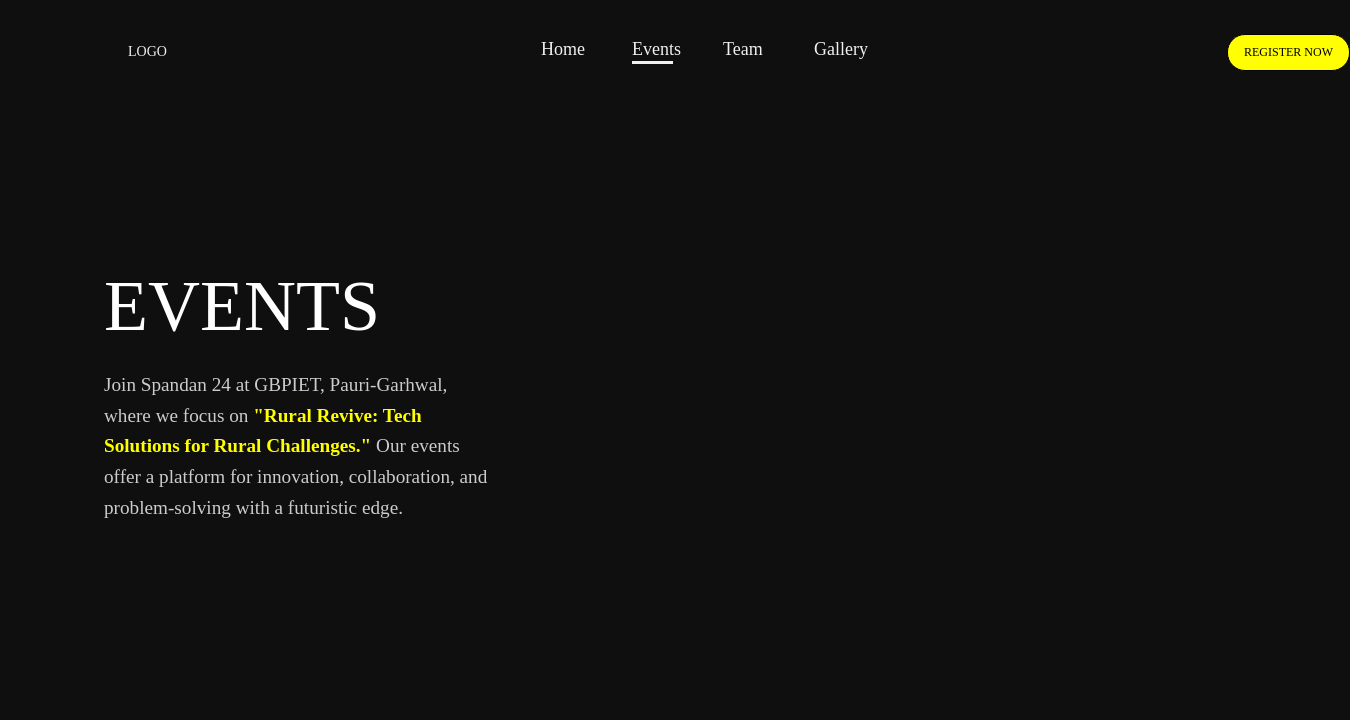
Repository: s4bbi/spandan-3.0
Page: /
An editor plug-in stored every save of this project. The page is shown before and after the next save, followed by the edit.
The browser window is 1280 px wide. The page is 1350 px wide, so the pictures cover 1350 px, including what lies to the right of the window. The pictures show the whole page.
The project was rebuilt for these pictures with package versions that can differ from the ones it lists, and the page was loaded fresh each time. Also part of the build but not shown: vite.config.js, src/pages/Events/Events.jsx.

Above is the page before, as saved 2024-11-02 02:31:56.

After the next save:
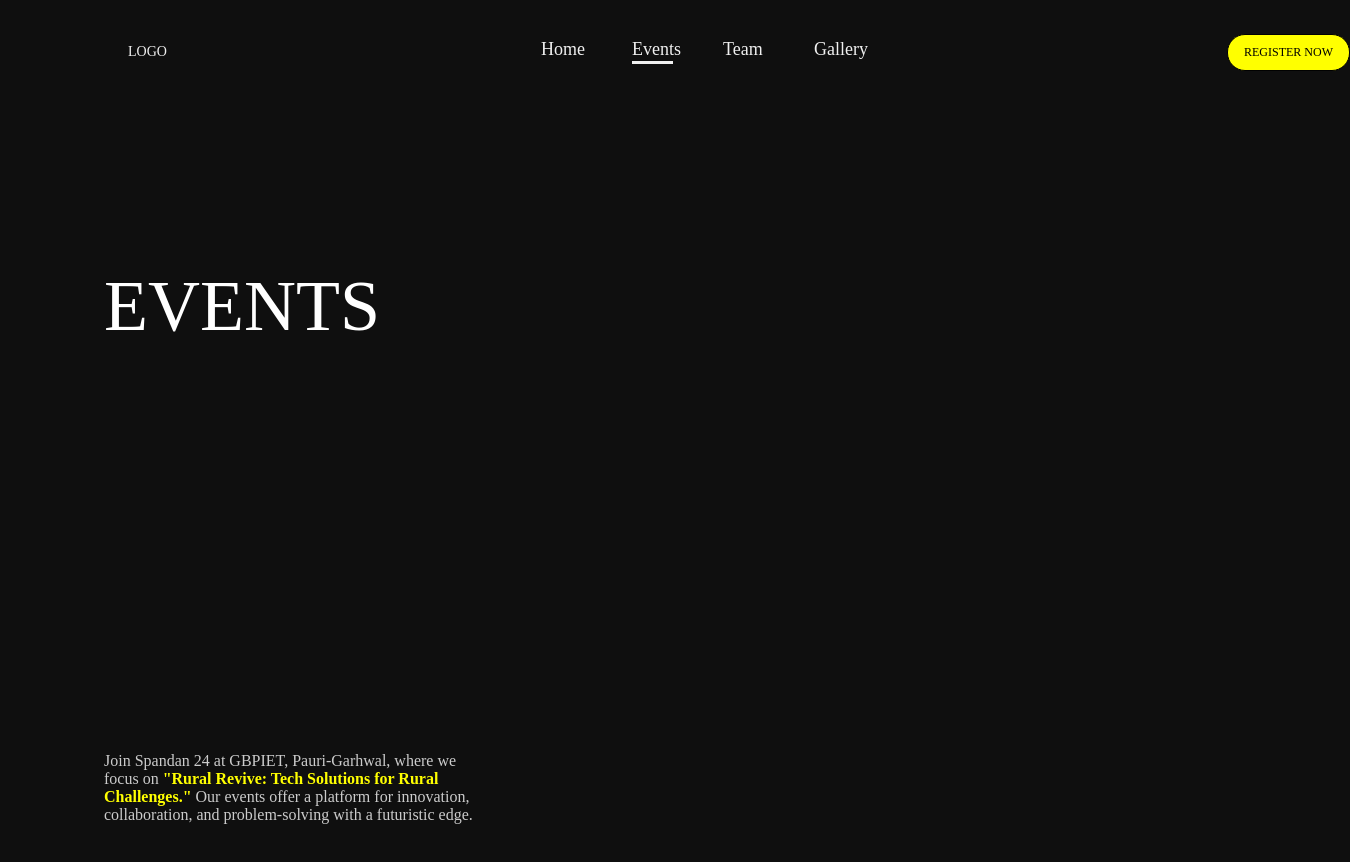
Saved 12 s later.
--- a/src/components/HeroSection/HeroSection.css
+++ b/src/components/HeroSection/HeroSection.css
@@ -29,9 +29,7 @@
     margin-top: 402px;
 
 
-    margin-top: 20px;
-    font-size: 1.2em;
-    line-height: 1.6;
+
     color: #ccc;
   }
 
